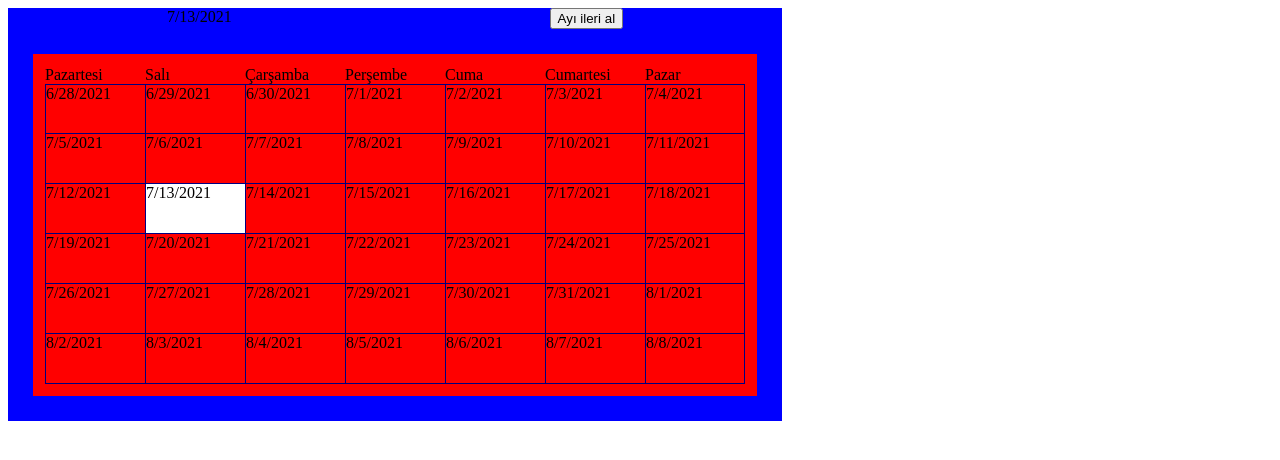
Repository: ahmetbugraozcan/javascript-calendar
Page: tablo.html
The author's editor kept a copy of each file at every save. The page is drawn from the files as they stood at one save, then again after the next save.
The browser window is 1280 px wide. The pictures show the whole page.

Above is the page before, as saved 2021-07-13 10:21:40.

### tablo.html
<!DOCTYPE html>
<html lang="en">

<head>
    <meta charset="UTF-8">
    <meta http-equiv="X-UA-Compatible" content="IE=edge">
    <meta name="viewport" content="width=device-width, initial-scale=1.0">
    <title>Document</title>
</head>
<!--pazartesi salı çarş... için arrayler oluştur. arraylere göre günleri yerleştir.-->
<style>
    * {
        box-sizing: border-box;
    }

    .cell-last {
        border-right: 1px solid navy;

    }

    .cell-top {
        border-top: 1px solid navy;
    }

    /* her hücre*/
    .cell,
    .cell-top,
    .cell-last {
        text-overflow: clip;
        white-space: nowrap;
        overflow: hidden;
        border-bottom: 1px solid navy;
        border-left: 1px solid navy;
        width: 100px;
        height: 50px;
    }


    /*tablonun kendisi*/
    .calendar {
        margin: 25px;
        padding: 12px;
        display: flex;
        width: fit-content;
        background-color: red;
    }


    .container {
        background-color: blue;
        display: flex;
        width: fit-content;
        flex-direction: column;
    }

    .test {
        display: flex;
        justify-content: space-around;
    }
</style>

<body>

    <div class="container">

        <div class="test">
            <span id="currentDate"></span>

            <span><button type="button" onclick="nextDate()">Ayı ileri al</button></span>
        </div>
        <div class="calendar">
            <div>
                <div>Pazartesi</div>
                <div class="cell-top" id="pazartesi0">1</div>
                <div class="cell" id="pazartesi1">1</div>
                <div class="cell" id="pazartesi2">1</div>
                <div class="cell" id="pazartesi3">1</div>
                <div class="cell" id="pazartesi4">1</div>
                <div class="cell" id="pazartesi5">1</div>
            </div>
            <div>
                <div>Salı</div>
                <div class="cell-top" id="sali0">1</div>
                <div class="cell" id="sali1">1</div>
                <div class="cell" id="sali2">1</div>
                <div class="cell" id="sali3">1</div>
                <div class="cell" id="sali4">1</div>
                <div class="cell" id="sali5">1</div>
            </div>
            <div>
                <div>Çarşamba</div>
                <div class="cell-top" id="carsamba0">1</div>
                <div class="cell" id="carsamba1">1</div>
                <div id="carsamba2" class="cell">1</div>
                <div id="carsamba3" class="cell">1</div>
                <div id="carsamba4" class="cell">1</div>
                <div id="carsamba5" class="cell">1</div>
            </div>
            <div>
                <div>Perşembe</div>
                <div class="cell-top" id="persembe0">1</div>
                <div class="cell" id="persembe1">1</div>
                <div id="persembe2" class="cell">1</div>
                <div id="persembe3" class="cell">1</div>
                <div id="persembe4" class="cell">1</div>
                <div id="persembe5" class="cell">1</div>
            </div>
            <div>
                <div>Cuma</div>
                <div class="cell-top" id="cuma0">1</div>
                <div class="cell" id="cuma1">1</div>
                <div id="cuma2" class="cell">1</div>
                <div id="cuma3" class="cell">1</div>
                <div id="cuma4" class="cell">1</div>
                <div id="cuma5" class="cell">1</div>
            </div>
            <div>
                <div>Cumartesi</div>
                <div class="cell-top" id="cumartesi0">1</div>
                <div class="cell" id="cumartesi1">1</div>
                <div class="cell" id="cumartesi2">1</div>
                <div class="cell" id="cumartesi3">1</div>
                <div class="cell" id="cumartesi4">1</div>
                <div class="cell" id="cumartesi5">1</div>

            </div>
            <div>
                <div>Pazar</div>
                <div id="pazar0" class="cell-top" style="border-right: 1px solid navy;">1</div>
                <div id="pazar1" class="cell-last">1</div>
                <div id="pazar2" class="cell-last">1</div>
                <div id="pazar3" class="cell-last">1</div>
                <div id="pazar4" class="cell-last">1</div>
                <div id="pazar5" class="cell-last">1</div>
            </div>
        </div>
    </div>
    <script>
        function daysInMonth(month, year) {
            return new Date(year, month, 0).getDate();
        }

        const pazartesi = [];
        const sali = [];
        const carsamba = [];
        const persembe = [];
        const cuma = [];
        const cumartesi = [];
        const pazar = [];
        const gunler = ["pazar", "pazartesi", "sali", "carsamba", "persembe", "cuma", "cumartesi"];




        var baslanacakDate = new Date(2021, 6, 1);
        var firstDate = baslanacakDate.getDay();
        if (firstDate == 0) {
            firstDate = 7;
        }
        baslanacakDate.setDate((baslanacakDate.getDate()) - (firstDate));
        // var today = new Date();
        // var todayWithoutTime = new Date(today.getFullYear(), today.getMonth(), today.getDate() );


        var counter = 0;
        for (let i = 1; i <= 42; i++) {
            baslanacakDate.setDate((baslanacakDate.getDate()) + (1));
            // bir tabloda 42 gün var o ayın kaç çektiğini bul bu aydan geriye kaç sayacağız ona bul bu aydan ileri kaç sayacağız onu bul ve ona göre bir date oluştur.
            //ardından bu for döngüsünü kullan

            // if(baslanacakDate.toDateString() ==  todayWithoutTime.toDateString()){
            //     console.log("bugün eşitlendi : " + i);
            //     counter = i;
            // }

            switch (baslanacakDate.getDay()) {
                case 0:
                    pazar.push(baslanacakDate.toLocaleDateString());

                    break;
                case 1:
                    pazartesi.push(baslanacakDate.toLocaleDateString());
                    break;
                case 2:
                    sali.push(baslanacakDate.toLocaleDateString());
                    break;
                case 3:
                    carsamba.push(baslanacakDate.toLocaleDateString());
                    break;

                case 4:
                    persembe.push(baslanacakDate.toLocaleDateString());
                    break;

                case 5:
                    cuma.push(baslanacakDate.toLocaleDateString());
                    break;

                case 6:
                    cumartesi.push(baslanacakDate.toLocaleDateString());
                    break;
            }
        }
        var currentDate = new Date();
        document.getElementById("currentDate").innerHTML = currentDate.toLocaleDateString();



        for (let i = 0; i < 6; i++) {
            document.getElementById(`pazar${i}`).innerHTML = pazar[i];
            document.getElementById(`pazartesi${i}`).innerHTML = pazartesi[i];
            document.getElementById(`sali${i}`).innerHTML = sali[i];
            document.getElementById(`carsamba${i}`).innerHTML = carsamba[i];
            document.getElementById(`persembe${i}`).innerHTML = persembe[i];
            document.getElementById(`cuma${i}`).innerHTML = cuma[i];
            document.getElementById(`cumartesi${i}`).innerHTML = cumartesi[i];
            if (pazar[i] == currentDate.toLocaleDateString()) {
                console.log("Bugün pazar");
                document.getElementById(`pazar${i}`).style.backgroundColor = "white";
            } else if (pazartesi[i] == currentDate.toLocaleDateString()) {
                console.log("Bugün pazartesi");
                document.getElementById(`pazartesi${i}`).style.backgroundColor = "white";
            } else if (sali[i] == currentDate.toLocaleDateString()) {
                console.log("Bugün sali");
                document.getElementById(`sali${i}`).style.backgroundColor = "white";
            } else if (carsamba[i] == currentDate.toLocaleDateString()) {
                console.log("Bugün carsamba");
                document.getElementById(`carsamba${i}`).style.backgroundColor = "white";
            } else if (persembe[i] == currentDate.toLocaleDateString()) {
                console.log("Bugün persembe");
                document.getElementById(`persembe${i}`).style.backgroundColor = "white";
            } else if (cuma[i] == currentDate.toLocaleDateString()) {
                console.log("Bugün cuma");
                document.getElementById(`cuma${i}`).style.backgroundColor = "white";
            } else if (cumartesi[i] == currentDate.toLocaleDateString()) {
                console.log("Bugün cumartesi");
                document.getElementById(`cumartesi${i}`).style.backgroundColor = "white";
            }
        }

        function nextDate(){
            baslanacakDate.setMonth(baslanacakDate.month+1);
            console.log(baslanacakDate);
                }
    </script>



</html>

After the next save:
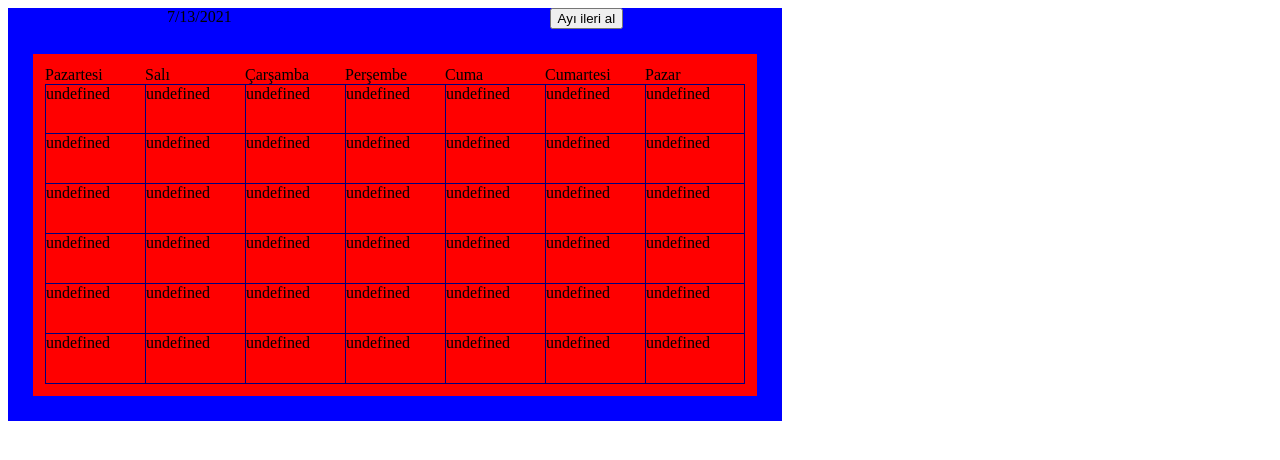
Saved 55 s later.
--- a/tablo.html
+++ b/tablo.html
@@ -148,59 +148,12 @@
         const cumartesi = [];
         const pazar = [];
         const gunler = ["pazar", "pazartesi", "sali", "carsamba", "persembe", "cuma", "cumartesi"];
-
-
-
-
         var baslanacakDate = new Date(2021, 6, 1);
-        var firstDate = baslanacakDate.getDay();
-        if (firstDate == 0) {
-            firstDate = 7;
-        }
-        baslanacakDate.setDate((baslanacakDate.getDate()) - (firstDate));
-        // var today = new Date();
-        // var todayWithoutTime = new Date(today.getFullYear(), today.getMonth(), today.getDate() );
-
-
-        var counter = 0;
-        for (let i = 1; i <= 42; i++) {
-            baslanacakDate.setDate((baslanacakDate.getDate()) + (1));
-            // bir tabloda 42 gün var o ayın kaç çektiğini bul bu aydan geriye kaç sayacağız ona bul bu aydan ileri kaç sayacağız onu bul ve ona göre bir date oluştur.
-            //ardından bu for döngüsünü kullan
-
-            // if(baslanacakDate.toDateString() ==  todayWithoutTime.toDateString()){
-            //     console.log("bugün eşitlendi : " + i);
-            //     counter = i;
-            // }
-
-            switch (baslanacakDate.getDay()) {
-                case 0:
-                    pazar.push(baslanacakDate.toLocaleDateString());
-
-                    break;
-                case 1:
-                    pazartesi.push(baslanacakDate.toLocaleDateString());
-                    break;
-                case 2:
-                    sali.push(baslanacakDate.toLocaleDateString());
-                    break;
-                case 3:
-                    carsamba.push(baslanacakDate.toLocaleDateString());
-                    break;
-
-                case 4:
-                    persembe.push(baslanacakDate.toLocaleDateString());
-                    break;
-
-                case 5:
-                    cuma.push(baslanacakDate.toLocaleDateString());
-                    break;
-
-                case 6:
-                    cumartesi.push(baslanacakDate.toLocaleDateString());
-                    break;
-            }
-        }
+
+
+
+
+
         var currentDate = new Date();
         document.getElementById("currentDate").innerHTML = currentDate.toLocaleDateString();
 
@@ -237,7 +190,56 @@
                 document.getElementById(`cumartesi${i}`).style.backgroundColor = "white";
             }
         }
-
+        function fillDate(){
+            var firstDate = baslanacakDate.getDay();
+        if (firstDate == 0) {
+            firstDate = 7;
+        }
+        baslanacakDate.setDate((baslanacakDate.getDate()) - (firstDate));
+        // var today = new Date();
+        // var todayWithoutTime = new Date(today.getFullYear(), today.getMonth(), today.getDate() );
+
+
+        var counter = 0;
+        for (let i = 1; i <= 42; i++) {
+            baslanacakDate.setDate((baslanacakDate.getDate()) + (1));
+            // bir tabloda 42 gün var o ayın kaç çektiğini bul bu aydan geriye kaç sayacağız ona bul bu aydan ileri kaç sayacağız onu bul ve ona göre bir date oluştur.
+            //ardından bu for döngüsünü kullan
+
+            // if(baslanacakDate.toDateString() ==  todayWithoutTime.toDateString()){
+            //     console.log("bugün eşitlendi : " + i);
+            //     counter = i;
+            // }
+
+            switch (baslanacakDate.getDay()) {
+                case 0:
+                    pazar.push(baslanacakDate.toLocaleDateString());
+
+                    break;
+                case 1:
+                    pazartesi.push(baslanacakDate.toLocaleDateString());
+                    break;
+                case 2:
+                    sali.push(baslanacakDate.toLocaleDateString());
+                    break;
+                case 3:
+                    carsamba.push(baslanacakDate.toLocaleDateString());
+                    break;
+
+                case 4:
+                    persembe.push(baslanacakDate.toLocaleDateString());
+                    break;
+
+                case 5:
+                    cuma.push(baslanacakDate.toLocaleDateString());
+                    break;
+
+                case 6:
+                    cumartesi.push(baslanacakDate.toLocaleDateString());
+                    break;
+            }
+        }
+        }
         function nextDate(){
             baslanacakDate.setMonth(baslanacakDate.month+1);
             console.log(baslanacakDate);

After the save that followed:
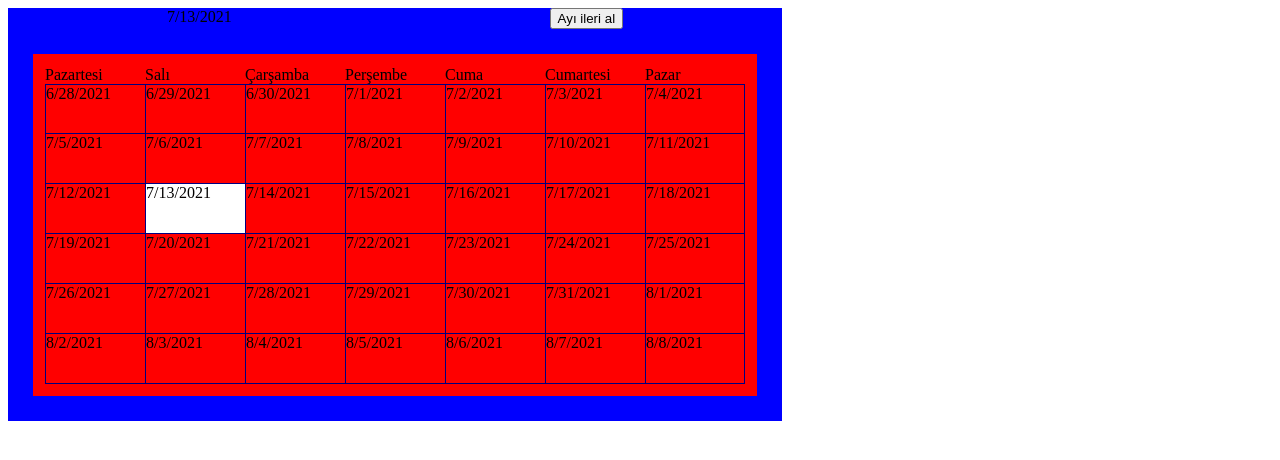
Saved 10 s later.
--- a/tablo.html
+++ b/tablo.html
@@ -150,7 +150,7 @@
         const gunler = ["pazar", "pazartesi", "sali", "carsamba", "persembe", "cuma", "cumartesi"];
         var baslanacakDate = new Date(2021, 6, 1);
 
-
+        fillDate();
 
 
 
